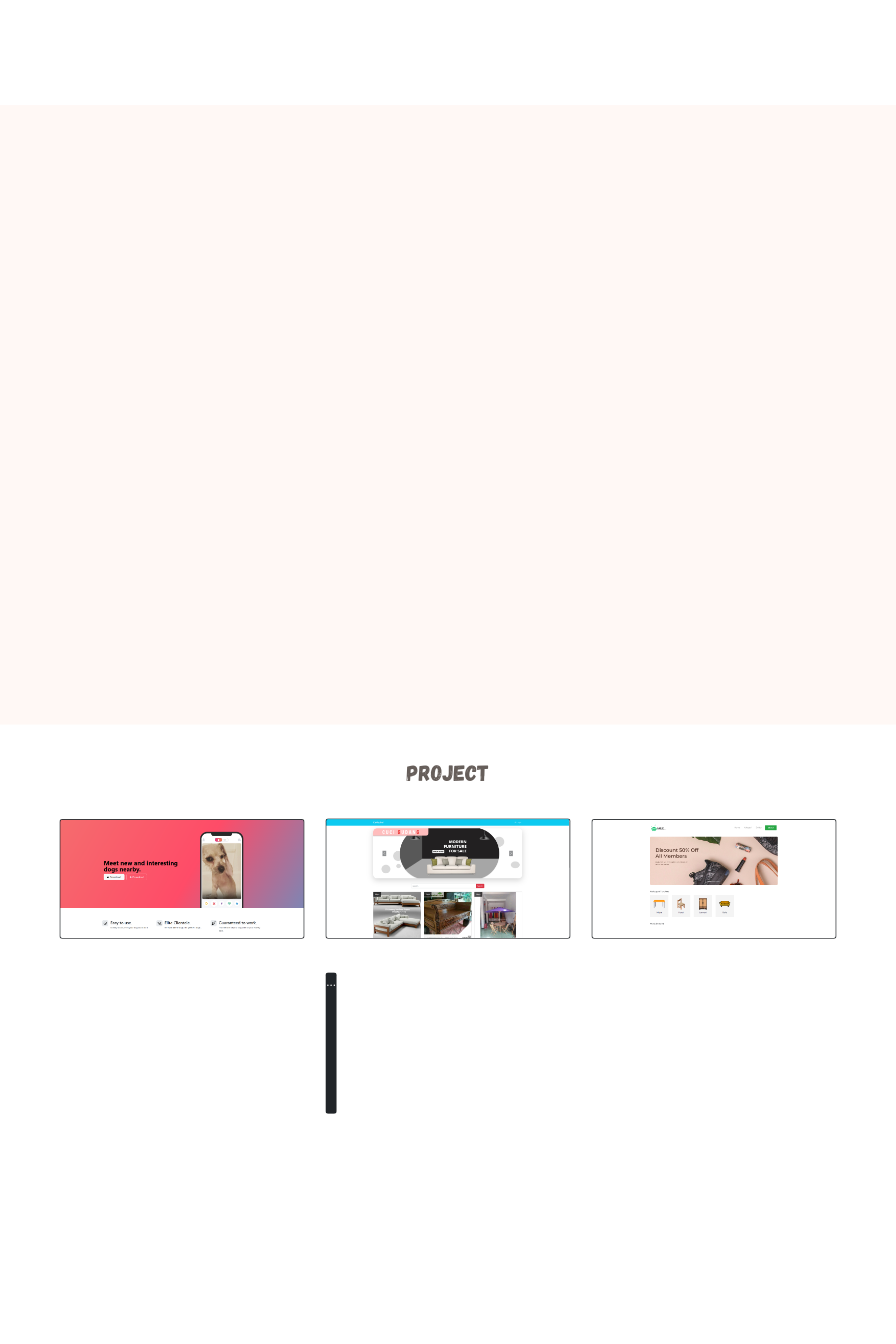
Repository: zetta-muhammad-asyrofuddien/Html-Css-ZettaCAmp
Page: Day1/Portofolio/index.html
The author's editor kept a copy of each file at every save. The page is drawn from the files as they stood at one save, then again after the next save.
The browser window is 1280 px wide. The pictures show the part of the page from y = 1663 to 3583 px (the page is 3583 px tall), at 70% of full size.

Above is the page before, as saved 2023-07-07 04:12:28.

After the next save:
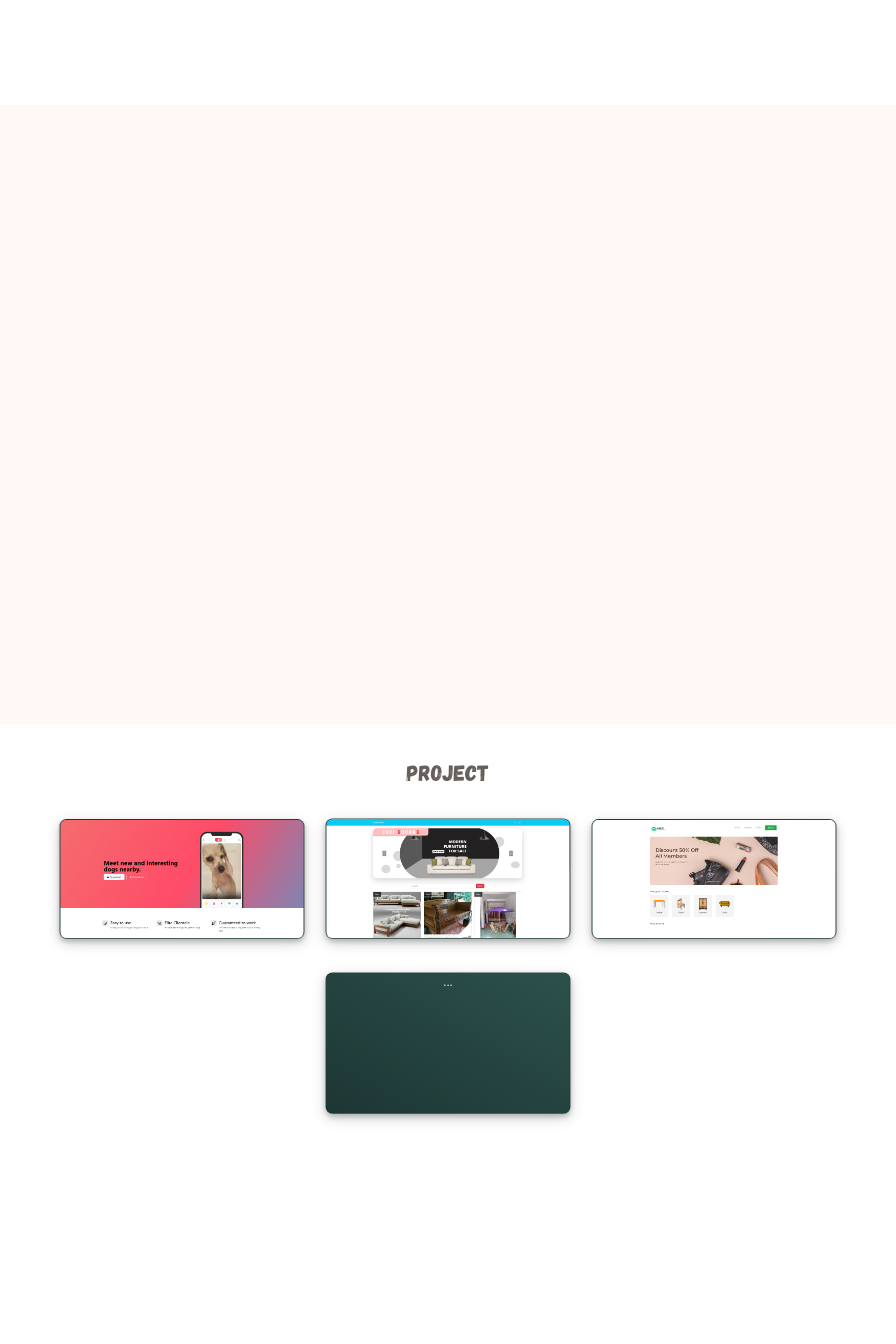
Saved 11 s later.
--- a/Day1/Portofolio/syle.css
+++ b/Day1/Portofolio/syle.css
@@ -116,7 +116,7 @@
   font-family: Gagalin;
   color: #665e5a;
 }
-\ .card {
+.card {
   height: 200px;
   width: 350px;
   background-image: linear-gradient(to right top, #1d3634, #2c514c);
